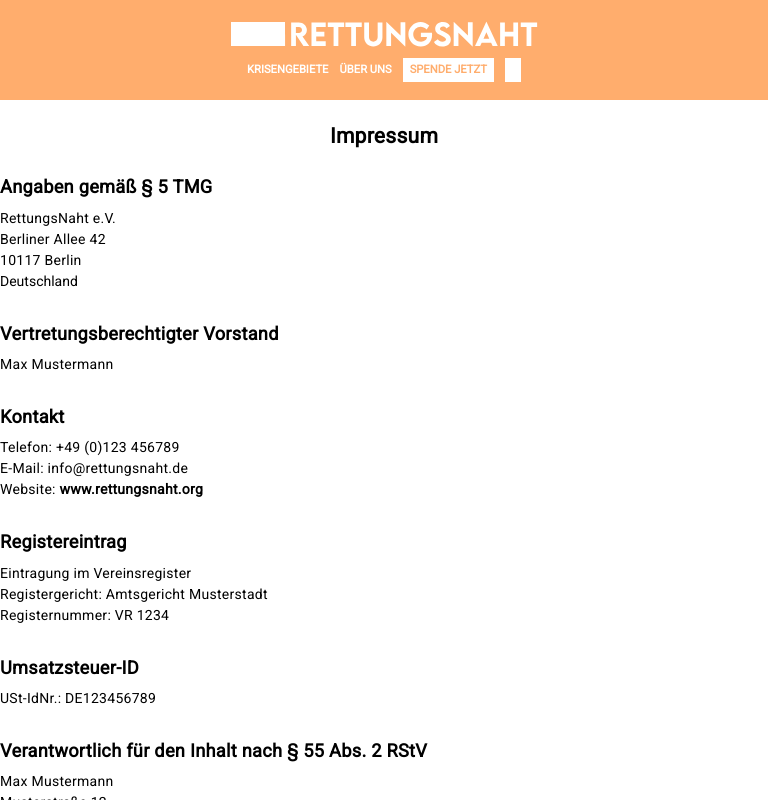
Repository: chriZVee/rettungsnaht
Page: /imprint
An editor plug-in stored every save of this project. The page is shown before and after the next save, followed by the edit.
The browser window is 768 px wide. The pictures show the whole page.
An inner scrolling area shows only its first screen. The project was rebuilt for these pictures with package versions that can differ from the ones it lists, and the page was loaded fresh each time. Also part of the build but not shown: vite.config.js, src/index.css, src/styles/hero.css, src/components/Hero.jsx, src/styles/form.css, src/components/form/AreaSelection.jsx, src/components/form/ContactData.jsx, src/components/form/DonationMethod.jsx and 17 more.

Above is the page before, as saved 2025-04-17 13:23:33.

### index.html
<!doctype html>
<html lang="en">

<head>
  <meta charset="UTF-8" />
  <link rel="icon" type="image/svg+xml" href="/vite.svg" />
  <meta name="viewport" content="width=device-width, initial-scale=1.0" />
  <link href="https://fonts.googleapis.com/css2?family=Roboto&display=swap" rel="stylesheet">
  <title>RETTUNGSNAHT e.V.</title>
</head>

<body>
  <div id="root"></div>
  <script type="module" src="/src/main.jsx"></script>
</body>

</html>

### src/App.jsx
import { BrowserRouter as Router, Routes, Route } from "react-router-dom";
import "./App.css";
import "./styles/global.css";
import Home from "./pages/Home";
import Confirmation from "./pages/Confirmation";
import Imprint from "./pages/Imprint";
import PrivacyPolicy from "./pages/PrivacyPolicy";

export default function App() {
  return (
    <Router>
      <Routes>
        <Route path="/" element={<Home />} />
        <Route path="/confirmation" element={<Confirmation />} />
        <Route path="/imprint" element={<Imprint />} />
        <Route path="/privacy-policy" element={<PrivacyPolicy />} />
      </Routes>
    </Router>
  );
}

### src/App.css
/* APP */
#root {
  margin: 0 auto;
}

img.seam-form {
  position: absolute;
  bottom: -4em;
  left: 0em;
  width: 120%;
  z-index: 2;
}

### src/styles/global.css
/* GLOBAL */

:root {
  /* Colors */
  --highlight: #ffad6d;
  --link-hover: #ffad6d;
  --text: #000;
  --button-unchecked: #f2f2f2;
  --button-checked: #ffad6d;
  --button-text: #fff;
  --h2: #000;
  --lightGrey: #f2f2f2;
  --warning: #ff4000;

  /* Font - not in use yet */
  --font-small: 0.8rem;
  --font-base: 1rem;
  --font-medium: 1.3rem;
  --font-ml: 1.5rem;
  --font-large: 1.8rem;
  --font-xl: 2.4rem;
  --font-xxl: 4.8rem;
  --font-h2: 2.1rem;
  --font-h1: 2.6rem;
  --font-button: 1rem;

  line-height: 1.5;
  width: auto;
}

* {
  box-sizing: border-box;
}

body,
html {
  font-size: 14px;
  font-family: "Roboto", "Segoe UI", "Helvetica Neue", sans-serif;
  background-color: white;
  /* margin reset */
  margin: 0;
  max-width: 100%;
  width: 100%;
  overflow-x: hidden;
  height: 100%;
}

@media (max-width: 480px) {
  html {
    width: fit-content;
  }
}

.header,
.footer,
.content {
  width: 100%;
}

h1,
.page-title {
  font-size: var(--font-h1);
  text-align: center;
  padding: 1.5em 0 1.5em;
  font-weight: bold;
}

@media (max-width: 1440px) {
  h1,
  .page-title {
    padding: 2em 0.5em;
    font-size: var(--font-large);
  }
}

@media (max-width: 768px) {
  h1,
  .page-title {
    padding: 1em 0.5em;
    font-size: var(--font-ml);
  }
}

h2 {
  font-size: var(--font-h2);
  font-weight: bold;
}

@media (max-width: 480px) {
  h2 {
    font-size: var(--font-ml);
  }
}

/* Margin Reset */
p,
h1,
h2 {
  margin: 0;
  letter-spacing: 0.02rem;
}
ul {
  padding: 0px;
}

img {
  max-width: 100%;
  height: auto;
  display: block;
}

a {
  color: white;
  text-decoration: none;
  font-weight: bold;
}

/* Centered Containers */
.container {
  max-width: 1440px;
  display: flex;
  flex-direction: column;
  margin: 0 auto;
}

/* Fieldset reset */
fieldset {
  border: none;
  padding: 0;
  margin: 0;
  min-inline-size: unset;
}

/* Hide elements */
.hidden {
  display: none !important;
}

@media (max-width: 768px) {
  .hide-on-mobile {
    display: none;
  }
}

.button {
  display: flex;
  padding: 0.5em 0.8em;
  background-color: var(--button-checked);
  cursor: pointer;
  font-weight: normal;
  transition: all 0.2s ease;
  font-size: var(--font-button);
  text-align: center;
  border: none;
  color: white;
}

.buttonized .deco {
  cursor: default;
}

.capitalize {
  text-transform: capitalize;
}

### src/pages/Imprint.jsx
import Page from "../components/Page";
import org from "../data/org";
import "../styles/imprint.css";

export default function Imprint() {
  return (
    <>
      <Page>
        <section className="imprint container">
          <h1>Impressum</h1>
          <div className="imprint-block">
            <h2>Angaben gemäß § 5 TMG</h2>
            <p>{org.officialName}</p> <p>{org.address}</p>
            <p>
              {org.zip} {org.city}
            </p>
            Deutschland
          </div>

          <div className="imprint-block">
            <h2>Vertretungsberechtigter Vorstand</h2>
            <p>{org.chairman}</p>
          </div>

          <div className="imprint-block">
            <h2>Kontakt</h2>
            <p>Telefon: {org.tel}</p>
            <p>
              E-Mail: {org.email}
              <a href={`mailto: ${org.email}`}></a>
            </p>
            <p>
              <span>Website: </span>
              <a href={org.url} target="_blank" rel="noopener noreferrer">
                {org.url}
              </a>
            </p>
          </div>

          <div className="imprint-block">
            <h2>Registereintrag</h2>
            <p>Eintragung im Vereinsregister</p>
            <p>Registergericht: Amtsgericht Musterstadt</p>
            <p>Registernummer: VR 1234</p>
          </div>

          <div className="imprint-block">
            <h2>Umsatzsteuer-ID</h2>
            <p>USt-IdNr.: {org.ustId}</p>
          </div>

          <div className="imprint-block">
            <h2>Verantwortlich für den Inhalt nach § 55 Abs. 2 RStV</h2>
            <p>
              Max Mustermann
              <br />
              Musterstraße 12
              <br />
              12345 Musterstadt
            </p>
          </div>

          <div className="imprint-block">
            <h2>Haftung für Inhalte und Links</h2>
            <p>
              Trotz sorgfältiger inhaltlicher Kontrolle übernehmen wir keine
              Haftung für die Inhalte externer Links. Für den Inhalt der
              verlinkten Seiten sind ausschließlich deren Betreiber
              verantwortlich.
            </p>
          </div>

          <div className="imprint-block">
            <h2>Online-Streitbeilegung</h2>
            <p>
              Die Europäische Kommission stellt eine Plattform zur
              Online-Streitbeilegung (OS) bereit:{" "}
              <a
                href="https://ec.europa.eu/consumers/odr"
                target="_blank"
                rel="noopener noreferrer"
              >
                https://ec.europa.eu/consumers/odr
              </a>
            </p>
          </div>
        </section>
      </Page>
    </>
  );
}

### src/components/Page.jsx
import Header from "./Header";
import Footer from "./Footer";
import "../styles/page.css";

export default function Page({ children }) {
  return (
    <div className="page">
      <Header />
      <div className="content wrapper">
        <div className="page-content">{children}</div>
      </div>
      <Footer />
    </div>
  );
}

### src/data/org.js
/* Company Information */
const org = {
  officialName: "RettungsNaht e.V.",
  name: "RettungsNaht",
  address: "Berliner Allee 42",
  zip: "10117",
  city: "Berlin",
  email: "info@rettungsnaht.de",
  url: "www.rettungsnaht.org",
  tel: "+49 (0)123 456789",
  ustId: "DE123456789",
  chairman: "Max Mustermann",
};

export default org;

### src/styles/imprint.css
/* Imprint */

section.imprint {
  padding: 0 0 4.5em 0;
}

.imprint-block h2 {
  font-size: var(--font-medium);
  padding: 2rem 0 0.5rem 0;
}

.imprint-block:first-of-type h2 {
  padding-top: 0rem;
}

.imprint-block a {
  color: black;
}

### src/components/Header.jsx
import { Link } from "react-router-dom";
import "../styles/header.css";
import rnLogo from "../assets/rn-logo-white.svg";

function Header() {
  return (
    <header className="header container">
      <Link to="/">
        <img
          src={rnLogo}
          className="header-image"
          alt="RettungsNaht Logo"
        ></img>
      </Link>
      <nav className="nav">
        <ul className="nav-bar">
          <li>
            <Link to="/#crisis-area-section">Krisengebiete</Link>
          </li>
          <li>
            <Link to="/#about-section">Über uns</Link>
          </li>
          <li className="buttonized">
            <Link to="/#donation-form">Spende jetzt</Link>
          </li>
          <li className="buttonized deco">&nbsp;</li>
        </ul>
      </nav>
    </header>
  );
}

export default Header;

### src/components/Footer.jsx
import org from "../data/org";
import "../styles/footer.css";
import { Link } from "react-router-dom";

export default function Footer() {
  return (
    <section className="footer container">
      <div className="footer-link-container">
        <ul className="small-gap">
          <li className="buttonized deco">&nbsp;</li>
          <li className="buttonized">
            <Link to="/#donation-form">Spende jetzt</Link>
          </li>
        </ul>
      </div>
      <div className="footer-link-container lh-small">
        <ul>
          <li>
            <Link to="/imprint">Impressum</Link>
          </li>
          <li>
            <Link to="/privacy-policy">Datenschuterklärung</Link>
          </li>
        </ul>
      </div>
      <div className="copyright-container">
        <p className="copyright-note">© 2025 {org.officialName}</p>
      </div>
    </section>
  );
}

### src/styles/page.css
/* Page */

.page .page-content {
  display: flex;
  flex-direction: column;
  min-height: 100vh;
}

.page .content {
  flex: 1;
}

### src/styles/header.css
/* Header */

.header {
  background-color: var(--highlight);
  display: flex;
  flex-direction: row;
  align-items: center;
  justify-content: space-between;
  padding: 1em 0 1em 25px;
  max-width: none;
  max-height: 84px;
}

@media (max-width: 1024px) {
  .header {
    flex-direction: column;
    max-height: none;
    padding: 1.5em 1em 0.5em 1em;
  }
}

.nav-bar {
  display: flex;
  justify-content: space-between;
  align-items: center;
  gap: 1em;
  list-style: none;
  text-transform: uppercase;
  font-size: var(--font-medium);
  text-align: center;
}
@media (max-width: 1024px) {
  .nav-bar {
    font-size: var(--font-small);
  }
}
@media (max-width: 768px) {
  .nav-bar {
    font-size: var(--font-small);
  }
}
@media (max-width: 480px) {
  .nav-bar {
    justify-content: space-evenly;
    gap: 1em;
    font-size: var(--font-small);
    flex-wrap: wrap;
  }
}

.nav-bar li.buttonized {
  background-color: white;
  color: var(--highlight);
  padding: 0.3em 0.6em;
}

.nav-bar li.buttonized a {
  color: var(--highlight);
}

@media (max-width: 480px) {
  .header li.deco {
    display: none;
  }
}

### src/styles/footer.css
/* FOOTER */

section.footer {
  display: flex;
  flex-direction: row;
  align-content: center;
  justify-content: center;
  padding: 2em 0 2.5em 0;
  max-width: none;
  max-height: 136px;
  background-color: var(--highlight);
  column-gap: 4.5em;
  row-gap: 1em;
  flex-wrap: wrap;
  font-size: var(--font-base);
}

section.footer .copyright-container {
  flex-basis: 100%;
  display: flex;
  align-content: center;
  justify-content: center;
}

.footer .copyright-note {
  color: white;
  font-size: var(--font-base);
}

.footer-link-container {
  display: flex;
  align-content: center;
  justify-content: center;
  flex-wrap: wrap;
}

.footer-link-container ul {
  display: flex;
  flex-direction: row;
  align-content: center;
  justify-content: center;
  gap: 4em;
  flex-wrap: wrap;
}

.footer li {
  display: inline-block;
}

.footer-link-container li.buttonized {
  background-color: white;
  padding: 0.3em 0.6em;
}

.footer-link-container li.buttonized a {
  color: var(--highlight);
}

.footer .small-gap {
  display: flex;
  gap: 1em;
}

@media (max-width: 768px) {
  .footer-link-container ul {
    gap: 1em;
  }
  section.footer {
    justify-content: center;
    max-height: none;
    gap: 1em 1.5em;
  }
}

@media (max-width: 480px) {
  section.footer {
    justify-content: center;
    max-height: none;
    column-gap: 1em;
    row-gap: 0;
  }
}

Loaded but not shown: src/main.jsx (common file)

After the next save:
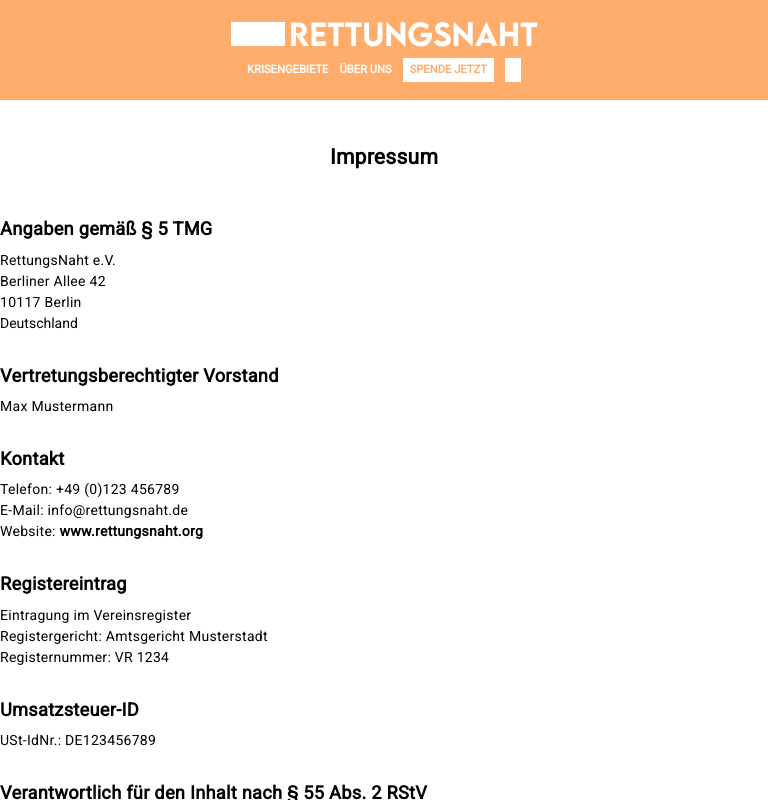
Saved 4 s later.
--- a/src/styles/global.css
+++ b/src/styles/global.css
@@ -76,7 +76,7 @@ h1,
 @media (max-width: 768px) {
   h1,
   .page-title {
-    padding: 1em 0.5em;
+    padding: 2em 0.5em;
     font-size: var(--font-ml);
   }
 }
